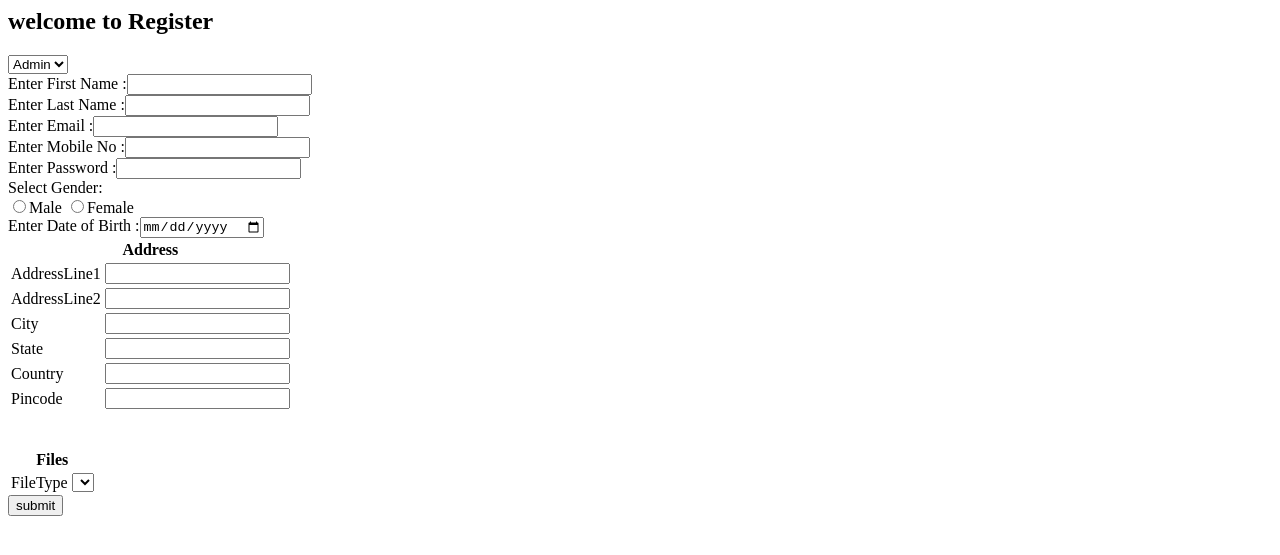
Repository: kewatraviraj/My_Work
Page: http://localhost/registration/
The author's editor kept a copy of each file at every save. The page is drawn from the files as they stood at one save, then again after the next save.
The browser window is 1280 px wide. The pictures show the whole page.
The page is served by Tomcat 9.

Above is the page before, as saved 2018-08-30 10:45:09.

After the next save:
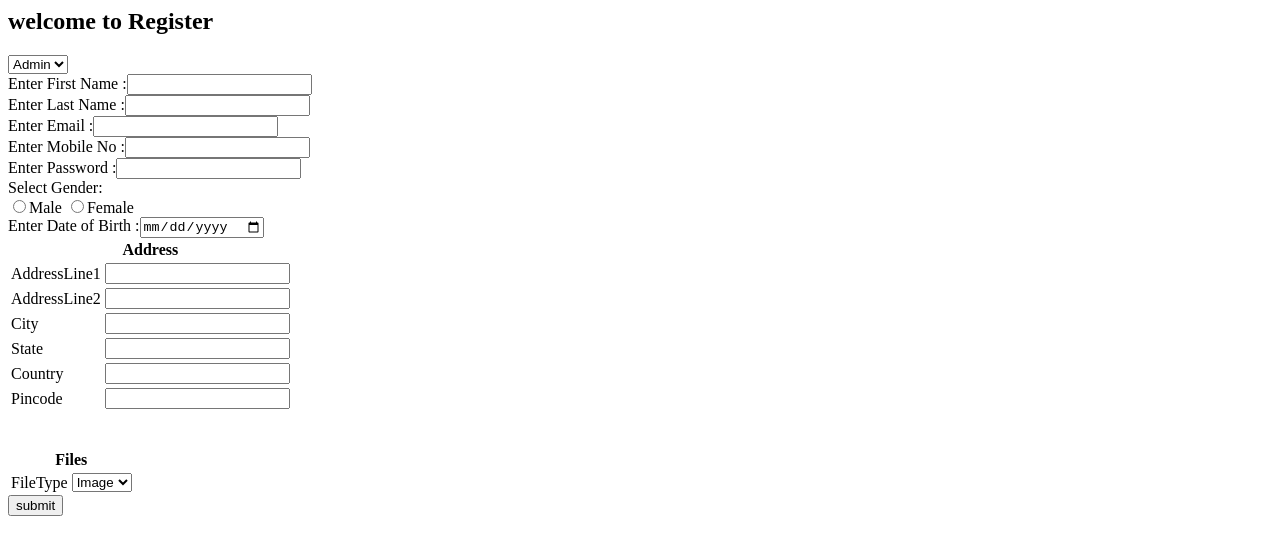
Saved 64 s later.
--- a/Eclipsework/registration/src/main/webapp/index.jsp
+++ b/Eclipsework/registration/src/main/webapp/index.jsp
@@ -45,7 +45,7 @@
 			<tr>
 				<td>FileType</td>
 				<td><select name="file_type">
-
+						<option value="image">Image</option>
 					</select></td>
 			</tr>
 		</table>
